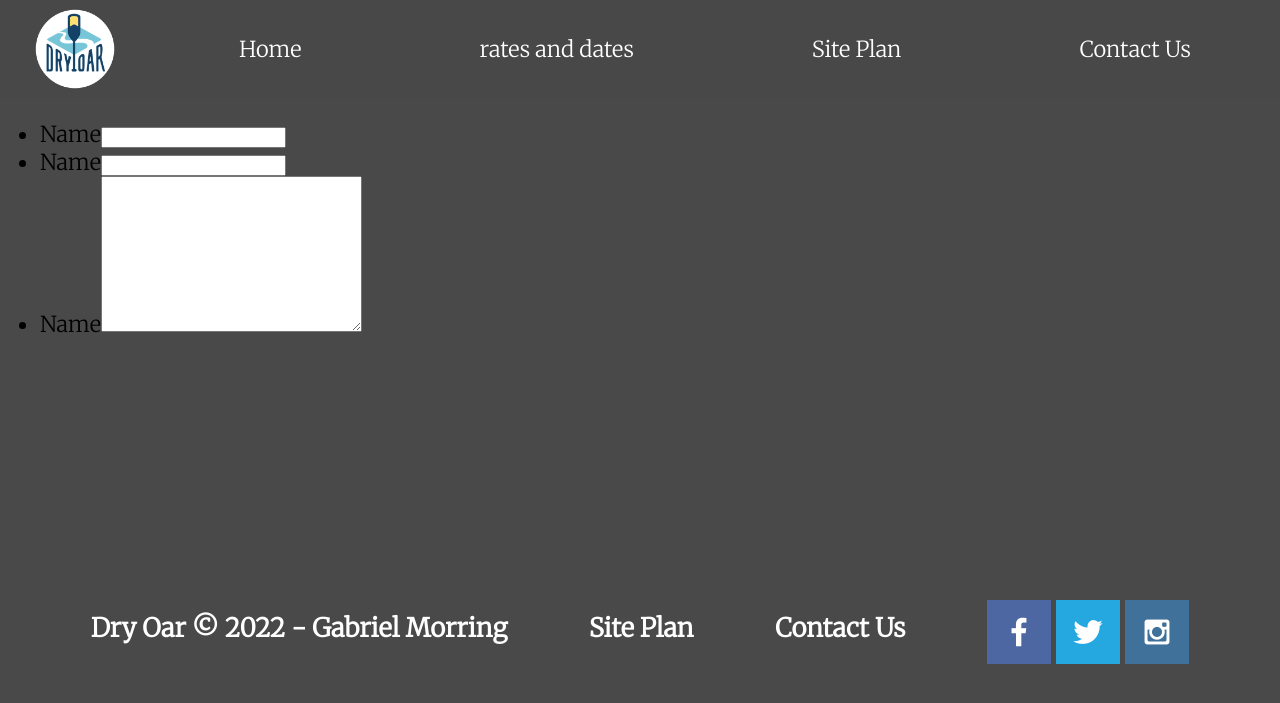
Repository: GabrielMorring/wdd130
Page: wwr/contactus.html
An editor plug-in stored every save of this project. The page is shown before and after the next save, followed by the edit.
The browser window is 1280 px wide. The pictures show the whole page.
Some web fonts or font styles are not loaded; a fallback is used.

Above is the page before, as saved 2022-06-21 10:13:01.

### wwr/contactus.html
<!DOCTYPE html>
<html lang="en">
  <head>
    <meta charset="UTF-8" />
    <meta http-equiv="X-UA-Compatible" content="IE=edge" />
    <meta name="viewport" content="width=device-width, initial-scale=1.0" />
    <title>Whitewater Rafting Vacations | Dry Oar Boating | Contact Us</title>
    <link rel="stylesheet" href="./styles/style.css" />
  </head>
  <body>
    <div id="content">
      <header>
        <a id="logo_link" href="index.html">
          <img class="logo" src="images/logo.png" alt="Dry Oar Logo" />
        </a>
        <nav>
          <a href="index.html">Home</a>
          <a href="rate_dates.html">rates and dates</a>
          <a href="site-plan-rafting.html">Site Plan</a>
          <a href="contactus.html">Contact Us</a>
        </nav>
      </header>

      <main class="rates_dates">
        <form action="/my-handling-form-page" method="post">
          <ul>
            <li><label for="name">Name</label><input type="text" /></li>
            <li><label for="name">Name</label><input type="email" /></li>
            <li>
              <label for="name">Name</label
              ><textarea
                name="user_message"
                id="msg"
                cols="30"
                rows="10"
              ></textarea>
            </li>
          </ul>
        </form>
      </main>

      <footer>
        <h3>Dry Oar &copy; 2022 - Gabriel Morring</h3>
        <h3><a href="site-plan-rafting.html">Site Plan</a></h3>
        <h3><a href="contactus.html">Contact Us</a></h3>
        <div class="social">
          <a href="https://facebook.com" target="_blank">
            <img src="./images/facebook.png" alt="fb icon" />
          </a>
          <a href="https://twitter.com" target="_blank">
            <img src="./images/twitter.png" alt="twitter icon" />
          </a>
          <a href="https://instagram.com" target="_blank">
            <img src="./images/instagram.png" alt="instagram icon" />
          </a>
        </div>
      </footer>
    </div>
  </body>
</html>

### wwr/styles/style.css
@import url("https://fonts.googleapis.com/css2?family=Fredericka+the+Great&family=Merriweather:wght@300&display=swap");

#content {
  max-width: 1600px;
  margin: 0 auto;
}

#logo_link {
  padding-top: 5px;
  justify-self: center;
  align-self: center;
}

nav a {
  text-decoration: none;
  color: white;
  text-align: center;
  padding: 35px;
}

#hero {
  display: grid;
  grid-template-columns: 1fr 3fr 1fr;
  margin-top: -100px;
}

#hero-box {
  grid-column: 1/4;
  grid-row: 1/3;
  z-index: -1;
}

#hero-msg {
  grid-column: 2/3;
  grid-row: 1/2;
  margin-top: 100px;
}

#hero-msg h1,
#hero-msg h4 {
  text-align: center;
}

#hero-img {
  width: 100%;
}

.button-box {
  text-align: center;
}

.home-grid {
  display: grid;
  grid-template-columns: repeat(10, 1fr);
}

.card-img,
.mountains {
  width: 100%;
}

.card-img:hover {
  opacity: 0.6;
  transform: scale(1.1);
}

.rivers-card {
  grid-column: 2/4;
  grid-row: 2/3;
}

.camping-card {
  grid-column: 5/7;
  grid-row: 2/3;
}

.rapids-card {
  grid-column: 8/10;
  grid-row: 2/3;
}

#background {
  grid-column: 1/11;
  grid-row: 4/9;
}

.mountains {
  width: 100%;
  grid-column: 2/7;
  grid-row: 5/8;
  box-shadow: 5px 5px 10px #6f7364;
}

.msg {
  grid-column: 6/10;
  grid-row: 6/7;
  background-color: #494949;
  font-family: "Fredericka the Great";
  line-height: 1.5em;
  padding: 35px;
  box-shadow: 5px 5px 10px #6f7364;
}

main section {
  text-align: center;
}

#background {
  height: 725px;
}

body {
  background-color: #494949;
  font-family: "Merriweather";
  font-size: 22px;
  margin: 0;
  padding: 0;
}

h2 {
  margin: 0;
}

header {
  display: grid;
  grid-template-columns: 150px auto;
  background-color: #49494999;
}

nav {
  display: flex;
  justify-content: space-around;
}

nav a:hover {
  background-color: #20a4f3;
  color: white;
}

.book,
.join {
  background-color: #494949;
  color: white;
  text-decoration: none;
  font-size: 18px;
  padding: 15px 30px;
  margin-top: 50px;
  border-radius: 5px;
}

.rivers-card,
.camping-card,
.rapids-card {
  margin: 200px 0;
}

.card-img {
  border: 10px solid #2f6a55;
  transition: transform 0.5s;
  box-shadow: 5px 5px 10px #6f7364;
}

main section img {
  box-sizing: border-box;
}

.book:hover,
.join:hover {
  background-color: #20a4f3;
  color: white;
}

#background {
  background-color: #494949;
}

footer {
  background-color: #494949;
  padding: 25px 50px;
  margin-top: 200px;
  display: flex;
  justify-content: space-around;
  align-items: center;
}

.home-title {
  color: white;
  font-family: "Fredericka the Great";
  font-size: 2em;
  margin-top: 10px;
}

h4 {
  color: white;
}

.msg h2 {
  color: white;
}

.msg p {
  color: white;
  font-size: 0.8em;
  padding-bottom: 15px;
}

footer h3 {
  color: white;
}

footer h3 a:hover {
  text-decoration: underline;
}

footer a {
  color: white;
  text-decoration: none;
}

footer a:hover {
  color: white;
}

footer .social img {
  padding-top: 15px;
}

.logo {
  width: 80px;
}

.icon {
  width: 80px;
  padding-top: 10px;
}

/* rates and dates page styling */

.rates_dates {
  display: grid;
  grid-template-columns: repeat(2, 1fr);
}

.rates_image {
  z-index: -1;
  grid-column: 1/3;
  grid-row: 1/4;
  width: 100%;
}

.rates_image > img {
  width: 100%;
}

.rates_dates > h1 {
  grid-column: 1/3;
  grid-row: 1/2;
  text-align: center;
  font-family: "Fredericka the Great";
  color: white;
}

.grand_3 {
  grid-column: 1/2;
  grid-row: 2/3;
}

.grand_6 {
  grid-column: 2/3;
  grid-row: 2/3;
}

.salmon {
  grid-column: 1/2;
  grid-row: 3/4;
}

.desolation {
  grid-column: 2/3;
  grid-row: 3/4;
}

.rates_dates > section {
  background: transparent;
}

.rates_dates > section > div {
  background-color: #494949;
  color: white;
  margin: auto;
  width: 500px;
  height: 350px;
  border-radius: 10px;
  box-shadow: 5px 5px 10px #6f7364;
  padding: 20px;
}

.rates_dates > section > div > h2 {
  font-family: "Fredericka the Great";
  font-size: 1.3em;
  text-align: center;
  padding-bottom: 10px;
}

.rates_dates > section > div > h3 {
  display: inline;
  padding: 0 80px;
  font-family: "Merriweather";
  font-size: 1em;
}

.lists {
  display: flex;
  justify-content: space-between;
  padding: 0 80px;
}

.lists > ol {
  list-style: none;
  padding: 50px 30px;
  border: solid 1px white;
  font-family: "Merriweather";
  font-size: 0.7em;
}

.date_list {
  position: relative;
  left: -51px;
}

@media screen and (max-width: 900px) {
  #hero,
  .home-grid {
    display: block;
    height: auto;
  }
  nav,
  footer {
    flex-direction: column;
  }
  nav a {
    display: block;
    padding: 15px;
  }
  #hero {
    margin-top: 0;
  }
  #hero-msg {
    margin-top: 0;
  }
  #hero-msg h4 {
    display: none;
  }
  .home-title {
    font-size: 25px;
    color: #6f7364;
  }
  .rivers-card,
  .camping-card,
  .rapids-card {
    margin: 50px auto;
    width: 60%;
  }
  #background {
    display: none;
  }
  .mountains,
  .msg {
    width: 80%;
    display: block;
    margin: 0 auto;
  }
  footer {
    margin-top: 25px;
  }
}

After the next save:
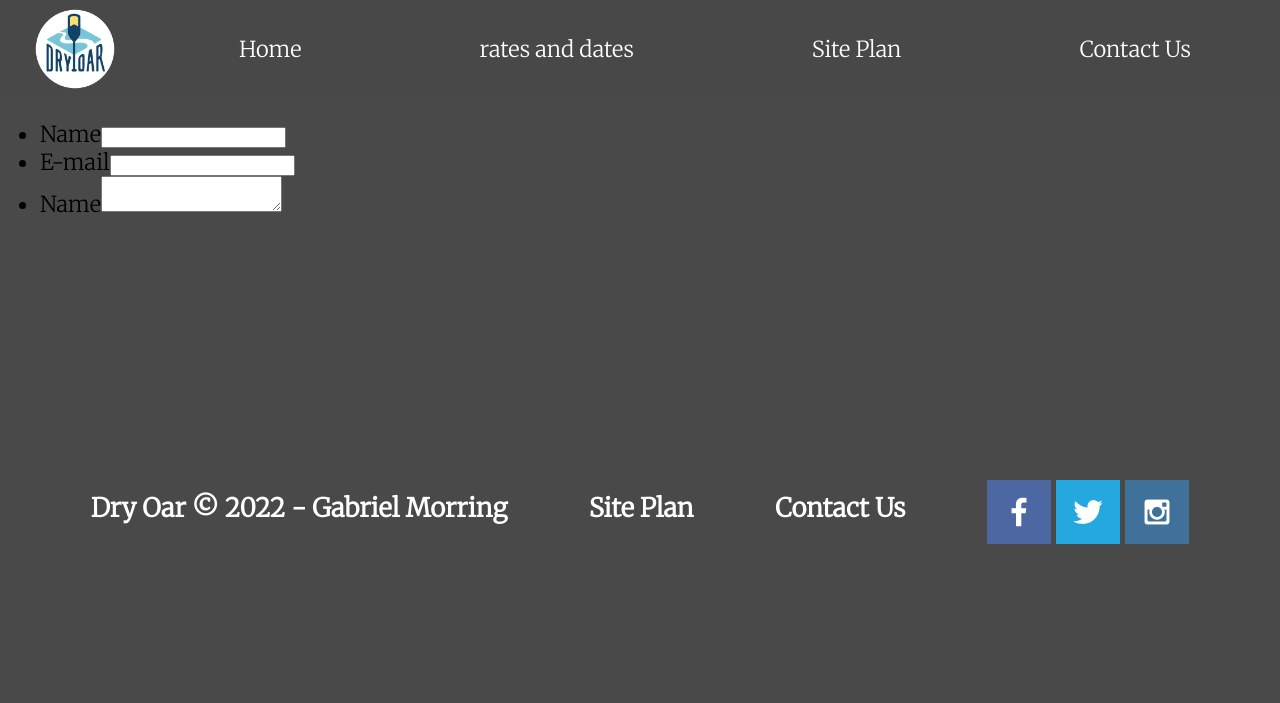
Saved 107 s later.
--- a/wwr/contactus.html
+++ b/wwr/contactus.html
@@ -24,16 +24,17 @@
       <main class="rates_dates">
         <form action="/my-handling-form-page" method="post">
           <ul>
-            <li><label for="name">Name</label><input type="text" /></li>
-            <li><label for="name">Name</label><input type="email" /></li>
             <li>
               <label for="name">Name</label
-              ><textarea
-                name="user_message"
-                id="msg"
-                cols="30"
-                rows="10"
-              ></textarea>
+              ><input type="text" id="name" name="user_name" />
+            </li>
+            <li>
+              <label for="mail">E-mail</label
+              ><input type="email" id="mail" name="user_email" />
+            </li>
+            <li>
+              <label for="msg">Name</label
+              ><textarea name="user_message" id="msg"></textarea>
             </li>
           </ul>
         </form>
